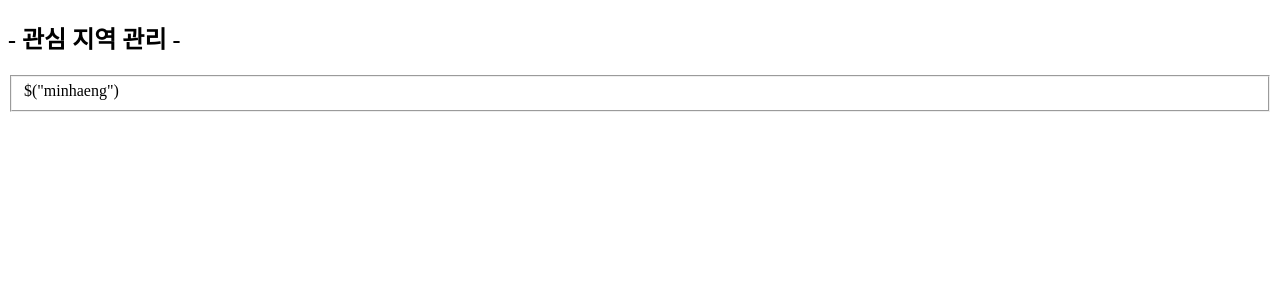
Repository: MegiLove/semi_project
Page: http://localhost/Test01/showLoc.jsp
The author's editor kept a copy of each file at every save. The page is drawn from the files as they stood at one save, then again after the next save.
The browser window is 1280 px wide. The pictures show the whole page.
The page is served by Tomcat 9. Other server files are loaded and not shown.

Above is the page before, as saved 2021-12-24 08:08:16.

### Test01/src/main/webapp/showLoc.jsp
<%@page import="java.util.Iterator"%>
<%@page import="java.util.Map"%>
<%@page import="java.util.HashMap"%>
<%@page import="com.sist.vo.LocationVO"%>
<%@page import="java.util.ArrayList"%>
<%@page import="com.sist.dao.LocationDAO"%>
<%@ page language="java" contentType="text/html; charset=UTF-8"
	pageEncoding="UTF-8"%>
<!DOCTYPE html>
<html>
<head>
<meta charset="UTF-8">
<title>Insert title here</title>
</head>
<body>



	<h2 class="skip">- 관심 지역 관리 -</h2>


			<fieldset>

				<div>$("minhaeng")</div>

			</fieldset>


	<script>

	</script>
</body>
</html>

After the next save:
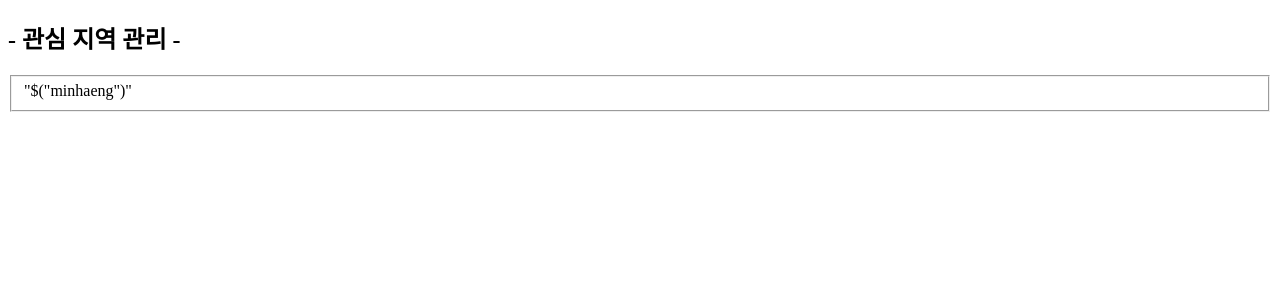
Saved 13 s later.
--- a/Test01/src/main/webapp/showLoc.jsp
+++ b/Test01/src/main/webapp/showLoc.jsp
@@ -21,7 +21,7 @@
 
 			<fieldset>
 
-				<div>$("minhaeng")</div>
+				<div>"$("minhaeng")"</div>
 
 			</fieldset>
 
